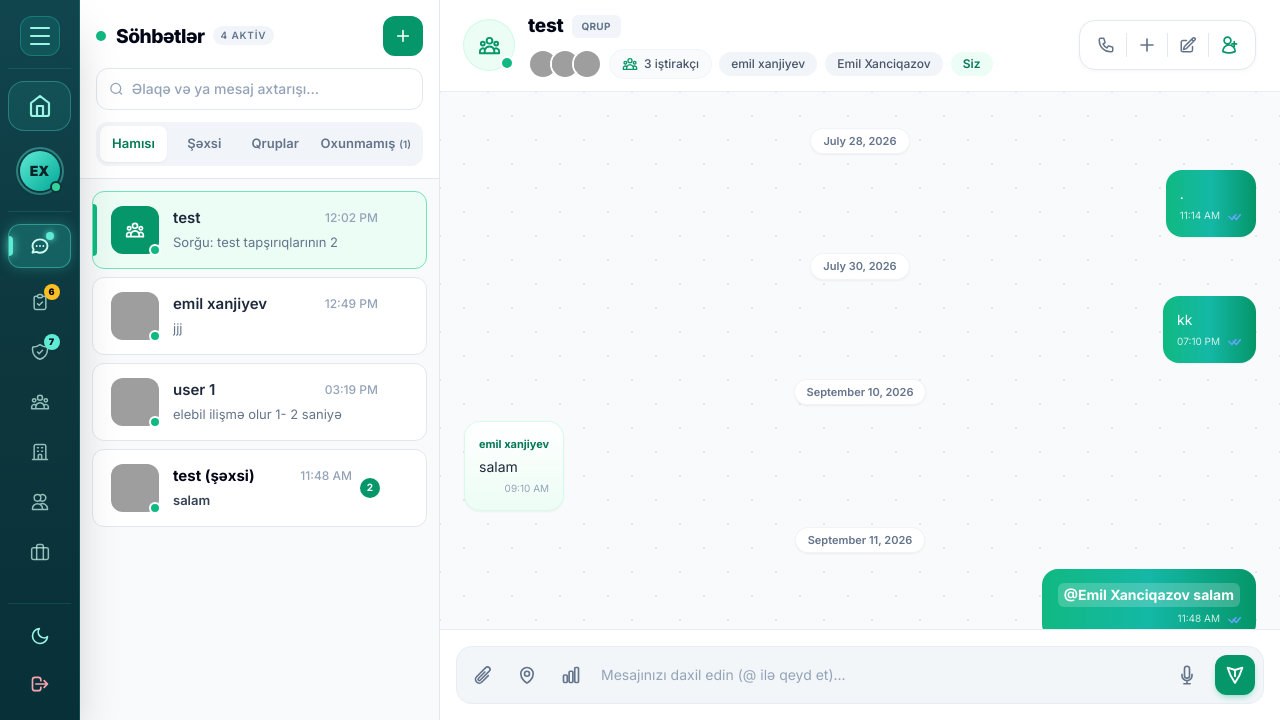
Repository: Murad-Ahmedov7/ticket-app
Page: /
These files come from the project's save history. The page is drawn as it stood at one moment and after the next save; the edit follows.
The browser window is 1280 px wide. The pictures show the whole page.
Pictures or frames that could not be fetched are drawn as grey boxes. An inner scrolling area shows only its first screen. The project was rebuilt for these pictures with package versions that can differ from the ones it lists, and the page was loaded fresh each time. Also part of the build but not shown: vite.config.js, src/components/chat/ReplyQuote.jsx, src/components/chat/ReactionPicker.jsx, src/components/tasks/TaskKanban.jsx, src/components/tasks/TaskCalendar.jsx, src/components/modals/AudioCallModal.jsx, src/utils/pollOptionDrag.js, src/components/modals/PollModal.jsx and 13 more.

Above is the page before, as saved 2026-09-30 20:30:27.

After the next save:
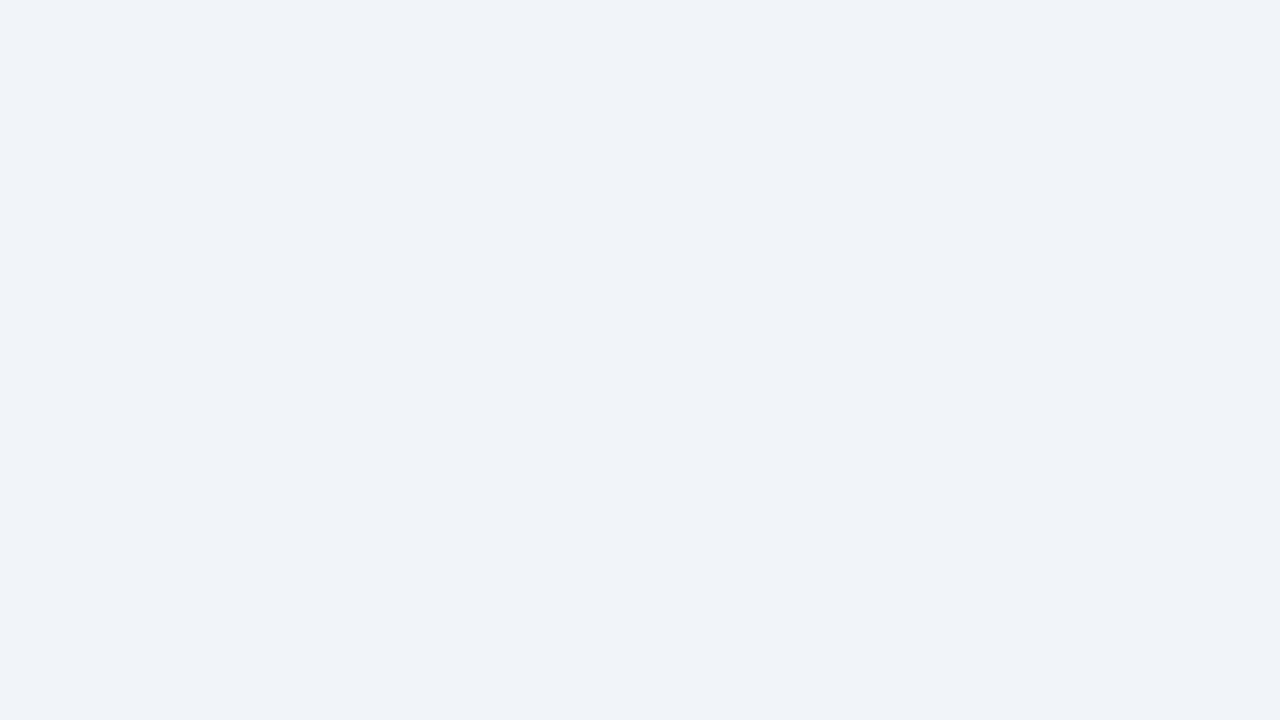
Console error: TypeError: Cannot read properties of null (reading 'scrollHeight')
Saved 74 s later.
--- a/src/components/chat/MessageList.jsx
+++ b/src/components/chat/MessageList.jsx
@@ -18,14 +18,14 @@
     row.scrollIntoView({ block: 'center', behavior: reducedMotion ? 'instant' : 'smooth' });
     row.animate([{ backgroundColor: 'rgba(16,185,129,0.22)' }, { backgroundColor: 'transparent' }], { duration: reducedMotion ? 0 : 1400 });
   }
-  return <div ref={scrollArea} id="messages-scroll-area" className="chat-messages min-h-0 min-w-0 flex-1 overflow-y-auto overflow-x-hidden p-4 md:p-6 custom-chat-bg space-y-4">
-    {messages.map((message, index) => <Fragment key={message.id}>
-      {(index === 0 || message.date !== messages[index - 1].date) && <div className="flex justify-center my-3"><span className="px-3 py-1 rounded-full text-[11px] font-semibold bg-white/90 dark:bg-slate-800/90 text-slate-500 dark:text-slate-400 shadow-sm border border-slate-200/50 dark:border-slate-700/60 backdrop-blur">{message.date}</span></div>}
-      <MessageBubble message={message} {...actions} onJumpToMessage={jumpToMessage} playing={playingId === message.id} onPlay={() => {
-        const stop = playingId === message.id;
-        setPlayingId(stop ? null : message.id);
-        actions.notify(stop ? 'Səs dayandırıldı' : `Səs oxudulur: ${message.audioUrl?.split('/').pop() || ''}`);
-      }} />
-    </Fragment>)}
-  </div>;
+  // return <div ref={scrollArea} id="messages-scroll-area" className="chat-messages min-h-0 min-w-0 flex-1 overflow-y-auto overflow-x-hidden p-4 md:p-6 custom-chat-bg space-y-4">
+  //   {messages.map((message, index) => <Fragment key={message.id}>
+  //     {(index === 0 || message.date !== messages[index - 1].date) && <div className="flex justify-center my-3"><span className="px-3 py-1 rounded-full text-[11px] font-semibold bg-white/90 dark:bg-slate-800/90 text-slate-500 dark:text-slate-400 shadow-sm border border-slate-200/50 dark:border-slate-700/60 backdrop-blur">{message.date}</span></div>}
+  //     <MessageBubble message={message} {...actions} onJumpToMessage={jumpToMessage} playing={playingId === message.id} onPlay={() => {
+  //       const stop = playingId === message.id;
+  //       setPlayingId(stop ? null : message.id);
+  //       actions.notify(stop ? 'Səs dayandırıldı' : `Səs oxudulur: ${message.audioUrl?.split('/').pop() || ''}`);
+  //     }} />
+  //   </Fragment>)}
+  // </div>;
 }

After the 2 saves that followed:
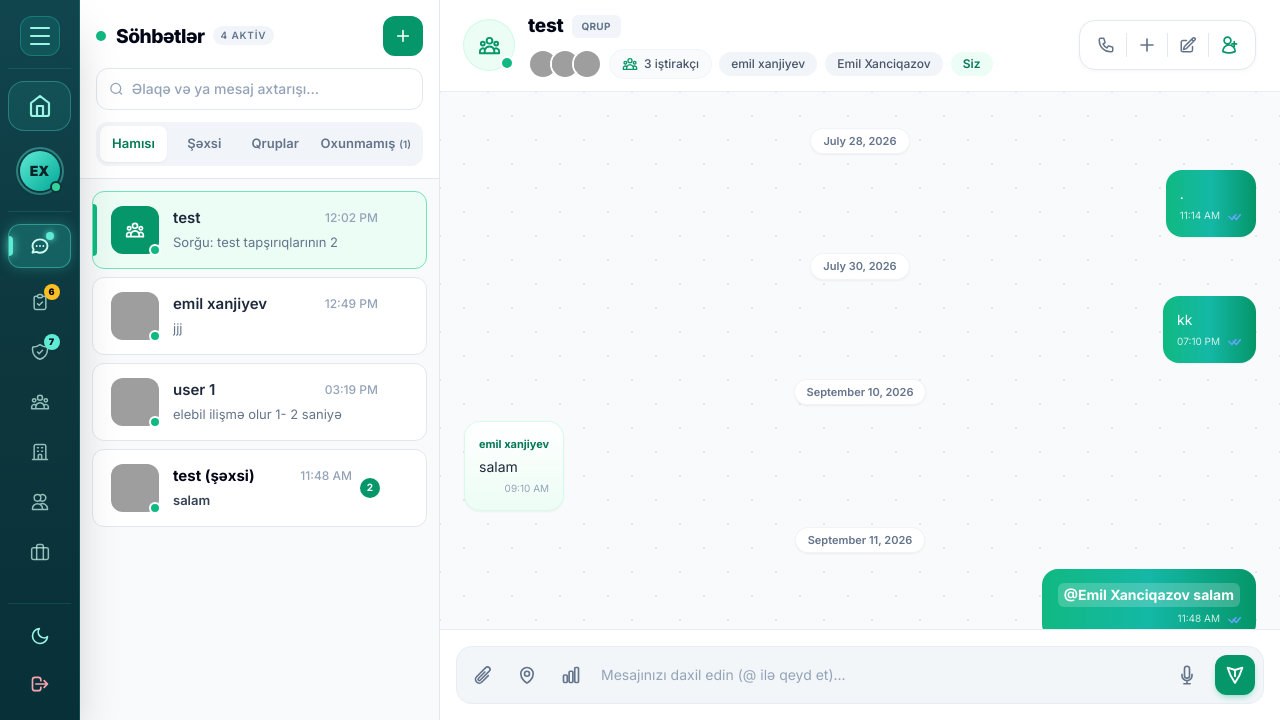
The error is gone.
The 2 saves are shown as one change because 1 left the picture as it was.
The last was saved 12 s later.
--- a/src/components/chat/MessageList.jsx
+++ b/src/components/chat/MessageList.jsx
@@ -18,14 +18,14 @@
     row.scrollIntoView({ block: 'center', behavior: reducedMotion ? 'instant' : 'smooth' });
     row.animate([{ backgroundColor: 'rgba(16,185,129,0.22)' }, { backgroundColor: 'transparent' }], { duration: reducedMotion ? 0 : 1400 });
   }
-  // return <div ref={scrollArea} id="messages-scroll-area" className="chat-messages min-h-0 min-w-0 flex-1 overflow-y-auto overflow-x-hidden p-4 md:p-6 custom-chat-bg space-y-4">
-  //   {messages.map((message, index) => <Fragment key={message.id}>
-  //     {(index === 0 || message.date !== messages[index - 1].date) && <div className="flex justify-center my-3"><span className="px-3 py-1 rounded-full text-[11px] font-semibold bg-white/90 dark:bg-slate-800/90 text-slate-500 dark:text-slate-400 shadow-sm border border-slate-200/50 dark:border-slate-700/60 backdrop-blur">{message.date}</span></div>}
-  //     <MessageBubble message={message} {...actions} onJumpToMessage={jumpToMessage} playing={playingId === message.id} onPlay={() => {
-  //       const stop = playingId === message.id;
-  //       setPlayingId(stop ? null : message.id);
-  //       actions.notify(stop ? 'Səs dayandırıldı' : `Səs oxudulur: ${message.audioUrl?.split('/').pop() || ''}`);
-  //     }} />
-  //   </Fragment>)}
-  // </div>;
+  return <div ref={scrollArea} id="messages-scroll-area" className="chat-messages min-h-0 min-w-0 flex-1 overflow-y-auto overflow-x-hidden p-4 md:p-6 custom-chat-bg space-y-4">
+    {messages.map((message, index) => <Fragment key={message.id}>
+      {(index === 0 || message.date !== messages[index - 1].date) && <div className="flex justify-center my-3"><span className="px-3 py-1 rounded-full text-[11px] font-semibold bg-white/90 dark:bg-slate-800/90 text-slate-500 dark:text-slate-400 shadow-sm border border-slate-200/50 dark:border-slate-700/60 backdrop-blur">{message.date}</span></div>}
+      <MessageBubble message={message} {...actions} onJumpToMessage={jumpToMessage} playing={playingId === message.id} onPlay={() => {
+        const stop = playingId === message.id;
+        setPlayingId(stop ? null : message.id);
+        actions.notify(stop ? 'Səs dayandırıldı' : `Səs oxudulur: ${message.audioUrl?.split('/').pop() || ''}`);
+      }} />
+    </Fragment>)}
+  </div>;
 }
